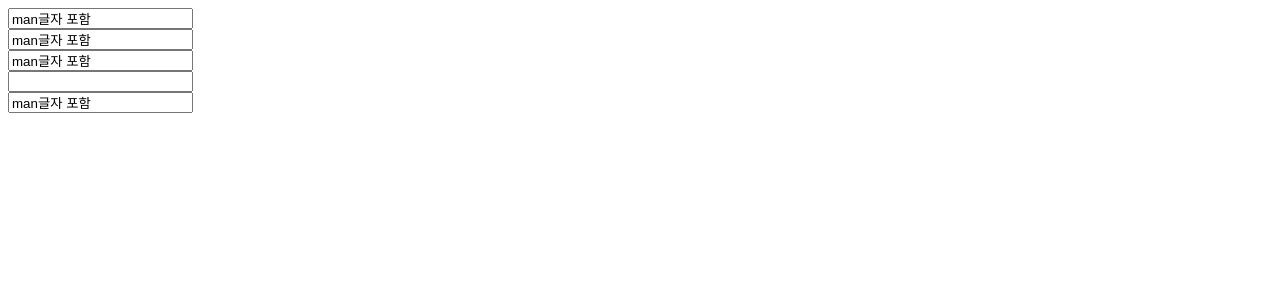
Repository: reddrinkbro/JSPStudy
Page: jQuery/WebContent/3속성선택자/15.html
These files come from the project's save history. The page is drawn as it stood at one moment and after the next save; the edit follows.
The browser window is 1280 px wide. The pictures show the whole page.

Above is the page before, as saved 2020-04-21 06:50:48.

After the next save:
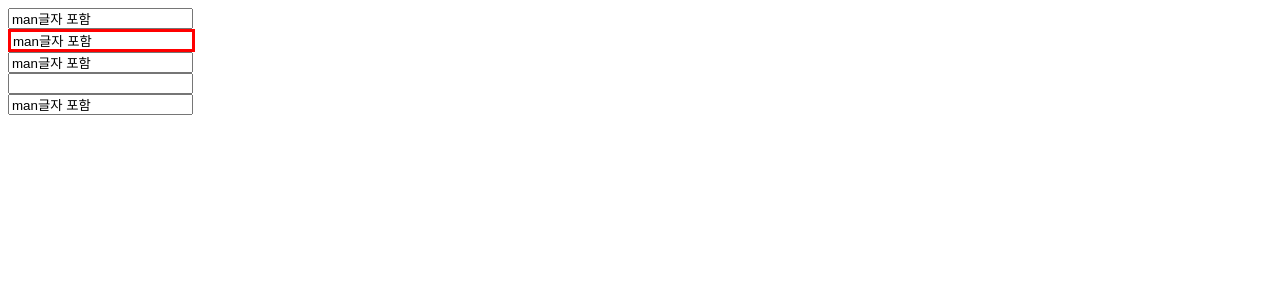
Saved 13 min 2 s later.
--- a/jQuery/WebContent/3속성선택자/15.html
+++ b/jQuery/WebContent/3속성선택자/15.html
@@ -8,7 +8,10 @@
 
 		$(function(){
 			//<input>태그중에서 name 속성의 값이 문자열 "man"이 포함된 요소를 선택해옴
-			$("input[name *= man]").val("man글자 포함");
+			$("input[name *= 'man']").val("man글자 포함");
+
+			//<input>태그중에서 name속성의 값에 공백 구분자를 가진 문자열 "man"이 포함된 요소를 선택해옴
+			$("input[name ~= 'man']").css("border","3px solid red");
 		});
 	</script>
 </head>
